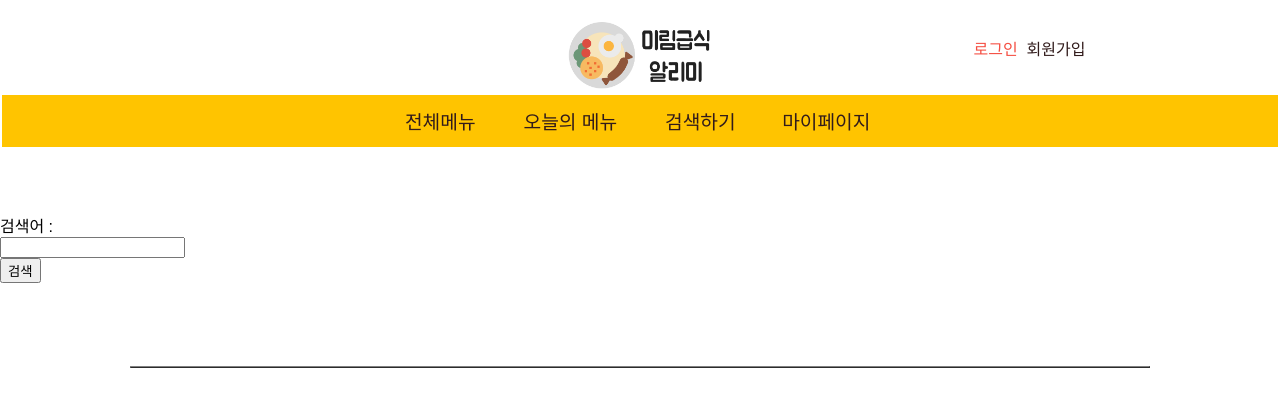
Repository: juujuu201/MirimMenuProj
Page: http://localhost/jspMenuProj/searchMenu.jsp
These files come from the project's save history. The page is drawn as it stood at one moment and after the next save; the edit follows.
The browser window is 1280 px wide. The pictures show the whole page.
Some web fonts or font styles are not loaded; a fallback is used. The page is served by Tomcat 9. Queries for data that is not in the repository find no rows.

Above is the page before, as saved 2019-09-21 12:25:49.

### jspMenuProj/WebContent/searchMenu.jsp
<%@ page language="java" contentType="text/html; charset=utf-8"
    pageEncoding="utf-8" import="java.sql.*"%>
<%@ page import="menu.db.connection.DBConnection" %>
<!DOCTYPE html PUBLIC "-//W3C//DTD HTML 4.01 Transitional//EN" "http://www.w3.org/TR/html4/loose.dtd">
<html>
<head>
<meta http-equiv="Content-Type" content="text/html; charset=utf-8">
<link rel="stylesheet" href="css/index.css">
<link href="https://fonts.googleapis.com/css?family=Jua&display=swap" rel="stylesheet">

<title>미급알 : 검색</title>
</head>
<body>
<jsp:include page="top.jsp" flush="false"/><p>
<p></p>
<table id="whole">
	<form method="post" action="searchMenu.jsp">
	<div class="form-group form-group-sm" style="margin-top:5%;padding-bottom:5%;">
	  <div class="col-sm-3"></div>
      <label class="col-sm-1" for="usr">검색어 : </label>
      <div class="col-sm-4">
      	<input type="text" class="form-control" id="usr" name="search">
      </div>
      <div class="col-sm-1">
      	<input type="submit" class="btn form-control btn-warning" value="검색" id="search">
      </div>
      <div class="col-sm-3"></div>
    </div>
    </form>
    <p></p>
	<tr>
		<td>
			<div id="box" align="center">
<%
	request.setCharacterEncoding("utf-8");

	String search=request.getParameter("search");
	System.out.println(search);
	String like="%"+search+"%";
	int count=1;

	Connection conn=null;
	PreparedStatement pstmt=null;
	ResultSet rs=null;

	try{
		conn=DBConnection.getCon();
		pstmt=conn.prepareStatement("select * from schoolmealtbl where mtype LIKE ? OR menu LIKE ? order by menu_date");
		pstmt.setString(1,like);
		pstmt.setString(2,like);


		rs=pstmt.executeQuery();%>
		<table width="80%" align="center" id="books" border=1 cellspacing=0 cellpadding=0>
		<%while(rs.next()){
			if(count%3==1){%>
			<tr>
			<td>
			<table cellspacing=0 cellpadding=0>
			<tr class="menu">
				<td colspan=5 align="center" style="padding:2%;"><%=rs.getString("menu_date") %><br></td>
			</tr>
			<tr>
				<td width="30%" align="center" style="padding:2%;">
					<a onclick="login()" class="link">
						<b style="color:#f54e42;font-size:1.5em;"><%=rs.getString("mtype") %></b><br>
						<%=rs.getString("menu") %><br>
					</a>
				</td>
			</tr>
			</table>
			</td>

		<%	}//if
			else if(count%3==2){%>
				<td>
			<table cellspacing=0 cellpadding=0>
			<tr class="menu">
				<td colspan=5 align="center" style="padding:2%;"><%=rs.getString("menu_date") %><br></td>
			</tr>
			<tr>
				<td width="30%" align="center" style="padding:2%;">
					<a onclick="login()" class="link">
						<b style="color:#f54e42;font-size:1.5em;"><%=rs.getString("mtype") %></b><br>
						<%=rs.getString("menu") %><br>
					</a>
				</td>
			</tr>
			</table>
			</td>
			<%}
			else{%>
					<td>
			<table cellspacing=0 cellpadding=0>
			<tr class="menu">
				<td colspan=5 align="center" style="padding:2%;"><%=rs.getString("menu_date") %><br></td>
			</tr>
			<tr>
				<td width="30%" align="center" style="padding:2%;">
					<a onclick="login()" class="link">
						<b style="color:#f54e42;font-size:1.5em;"><%=rs.getString("mtype") %></b><br>
						<%=rs.getString("menu") %><br>
					</a>
				</td>
			</tr>
			</table>
			</td>
				</tr>


			<%}
			count++;
		}//while%>
		</table>
	<%}catch(Exception e){
		e.printStackTrace();
	}
%>
			</div>
		</td>
	</tr>
</table>
</body>
</html>

### jspMenuProj/WebContent/top.jsp
<%@ page language="java" contentType="text/html; charset=UTF-8"
    pageEncoding="UTF-8"%>
<!DOCTYPE html>
<html>
<head>
<meta charset="utf-8">
<title>도란도란</title>
<!--
<link rel="shortcut icon" href="img/logo.png">
<link rel="apple-touch-icon" href="img/logo_apple.png">
-->
<link rel="stylesheet" href="css/index.css">
<link href="https://fonts.googleapis.com/css?family=Jua&display=swap" rel="stylesheet">
<script>
	function check(){
		alert("로그인 후 이용하실 수 있습니다");
		return ;
	}
</script>
</head>
<body>
    <table id="whole">
    <p></p>
        <tr>
            <td width="44%"></td>
            <td width="12%"><a href="index.jsp"><img src="img/logo.png" width="100%"></a></td>
            <td width="44%" style="padding-left:20%;">
            <div id="login"></div>
                		<a href="login.jsp" class="top_menu" style="color:#f54e42;" target="_top">로그인</a>&nbsp;
                		<a href="signup.jsp" class="top_menu" target="_top">회원가입</a><p>
            </td>
        </tr>
        <tr class="menu">
        <p></p>
            <td colspan=3>
                <table width="100%" height="50px">
                    <tr>
                       <td width="30%"></td>
                        <td class="menu_in"><a href="index.jsp">전체메뉴</a></td>
                        <td class="menu_in"><a href="recentBook.jsp">오늘의 메뉴</a></td>
                        <td class="menu_in"><a href="oldBook.jsp">검색하기</a></td>
                        <td class="menu_in"><a onclick="check()">마이페이지</a></td>
                        <td width="30%"></td>
                    </tr>
                </table></td>
        </tr>
    </table>
</body>
</html>

### jspMenuProj/src/menu/db/connection/DBConnection.java
package menu.db.connection;

import java.sql.Connection;
import java.sql.DriverManager;
import java.sql.SQLException;

public class DBConnection {
	public static Connection getCon() throws SQLException{
		Connection conn=null;
		try {
			Class.forName("com.mysql.jdbc.Driver");
			String url="jdbc:mysql://localhost:3306/jspMenu";
			String user="root";
			String pass="1234";

			conn=DriverManager.getConnection(url, user, pass);
			return conn;
		}
		catch(ClassNotFoundException e) {
			e.printStackTrace();
			return null;
		}
	}
}

### jspMenuProj/WebContent/css/index.css
body{
    margin:0;
}

*{
    font-family: 'Jua', sans-serif;
}

#whole{
    width:100%;
    height:100%;
}

a{
    text-decoration: none;
}

.top_menu{
    color:#311b1b;
}

.top_menu:hover{
    color:#ed6853;
}

#logout{
	background-color:transparent;
	border:none;
	outline:none;
}

.menu{
    background-color:#ffc400;
    text-align:center;
    font-size:120%;
}

.menu_in a{
    color:#311b1b;
    width:10%;
}

.menu_in a:hover{
    color:#ed6853;
}

#books{
	margin-left:10%;
	margin-right:10%;
}

After the next save:
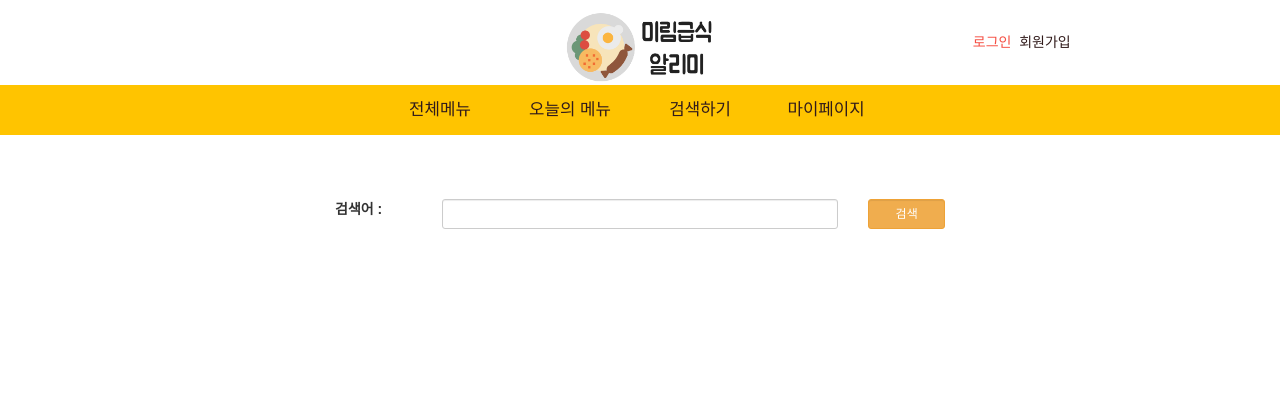
Saved 16 s later.
--- a/jspMenuProj/WebContent/searchMenu.jsp
+++ b/jspMenuProj/WebContent/searchMenu.jsp
@@ -5,6 +5,10 @@
 <html>
 <head>
 <meta http-equiv="Content-Type" content="text/html; charset=utf-8">
+<meta name="viewport" content="width=device-width, initial-scale=1">
+  <link rel="stylesheet" href="https://maxcdn.bootstrapcdn.com/bootstrap/3.4.0/css/bootstrap.min.css">
+  <script src="https://ajax.googleapis.com/ajax/libs/jquery/3.4.1/jquery.min.js"></script>
+  <script src="https://maxcdn.bootstrapcdn.com/bootstrap/3.4.0/js/bootstrap.min.js"></script>
 <link rel="stylesheet" href="css/index.css">
 <link href="https://fonts.googleapis.com/css?family=Jua&display=swap" rel="stylesheet">
 
